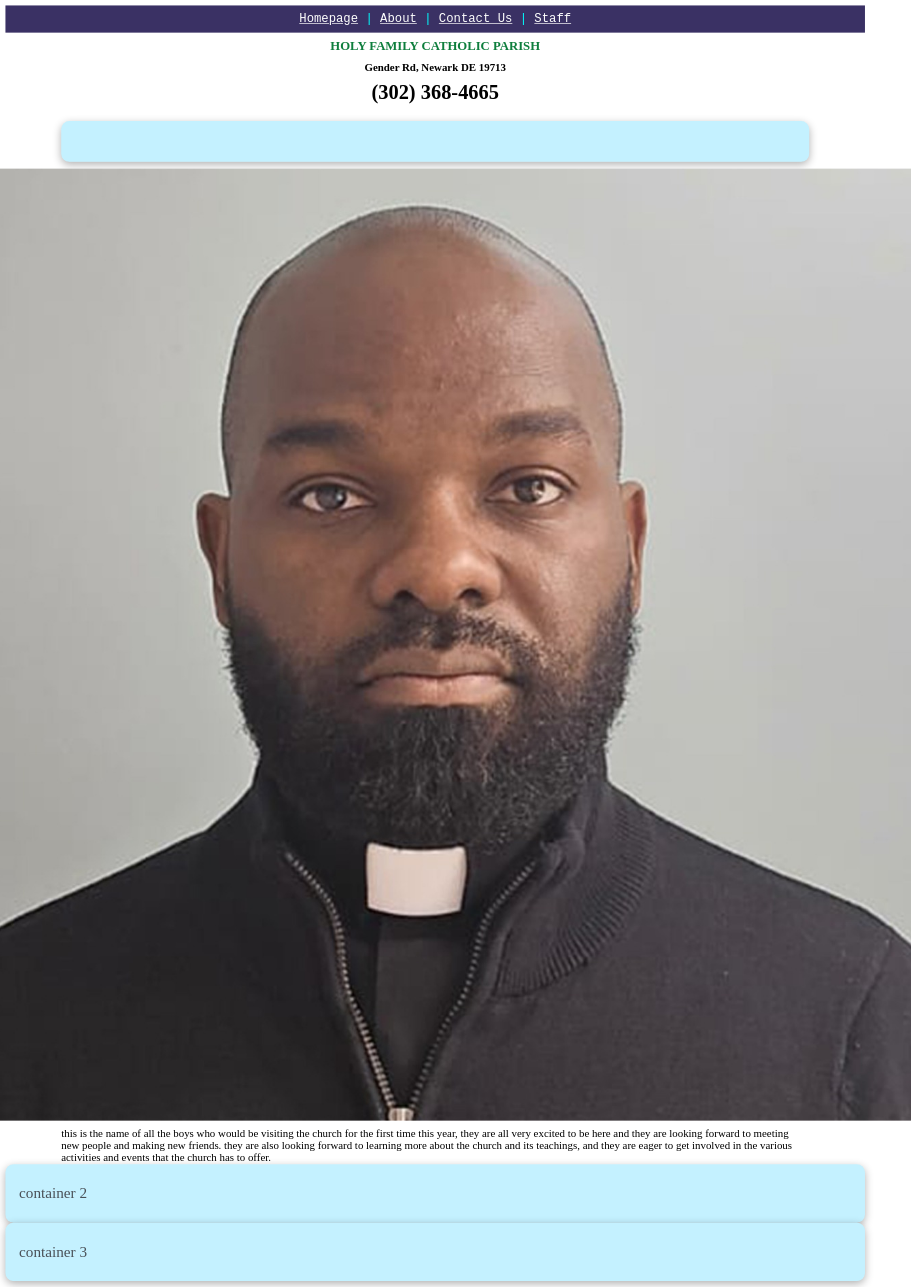
Repository: ficotims/HTML-RESTART
Page: Homepage.html
An editor plug-in stored every save of this project. The page is shown before and after the next save, followed by the edit.
The browser window is 1280 px wide. The page is 1340 px wide, then 1280 px, so the pictures cover 1340 px, including what lies to the right of the window. The pictures show the whole page, at 68% of full size.

Above is the page before, as saved 2026-02-10 23:07:37.

### Homepage.html
<!doctype html>
<html lang="en">
  <head>
    <meta charset="UTF-8" />
    <meta name="viewport" content="width=device-width, initial-scale=1.0" />
      <title>HTML Crash course with Iman Musa</title>
    <link rel="stylesheet" href="Style 1.css"/>

      </head>
<body

     <!-- NAVIGATION SECTION -->
        <div style="background-color: rgb(58, 49, 100); padding: 10px; text-align: center; color: aqua; font-size: 18px; font-family: monospace, Lemon milk;">
    <a href="Homepage.html" target="_top" style="color: white;">Homepage</a> |
    <a href="about.html" style="color: white;">About</a> | <a href="Contact us.html" style="color: white;">Contact Us</a> |
    <a href="staff.html" style="color: white;">Staff</a>
     </div>

 <div style="text-align: center;">
    <h3><span style="color: rgb(14, 126, 61);"><div style="line-height: 0;">HOLY FAMILY CATHOLIC PARISH</b></span></h3>
    <H4 span style="line-height: 1.5;">Gender Rd, Newark DE 19713 <br><span style="font-size: 30px;">(302) 368-4665</span></sapn></H4>

 </div>



 <!-- CONTAINERS -->
  <div class="container">
  <div class="box"></div>
    <img src="images/fico.jpg" alt="church image">
    this is the name of all the boys who would be visiting the church for the first time this year, they are all very excited to be here and they are looking forward to meeting new people and making new friends. they are also looking forward to learning more about the church and its teachings, and they are eager to get involved in the various activities and events that the church has to offer.
  </div>
  <div class="box">
    container 2
  </div>
  <div class="box">
    container 3
  </div>
</div>

  </body>
</html>

### Style 1.css
.carton
{padding: 10px;
border: 1px solid #aed1e6;
margin: 50px;}

.container {
  max-width: 1100px;
  margin: 0 auto;
    display: flex;              /* ← this is the magic line */
  gap: 10px;                  /* space between boxes */
  flex-wrap: wrap;            /* boxes go to next line on small screens */
  justify-content: center;    /* centers the whole row if fewer than 3 fit */
}

.box {
  flex: 1;             /* each box grows equally */
  min-width: 220px;    /* prevents them from becoming too narrow */
  background: #c4f1ff;
  border: 0px solid #1f7965;
  border-radius: 12px;
  padding: 30px 20px;
  text-align: justify;
  font-size: 1.4rem;
  font-weight: 100;
  color: #495057;
  box-shadow: 0 4px 12px rgba(0, 0, 0, 0.308);
}

/* Optional: hover effect */
.box:hover {
  transform: translateY(-6px);
  box-shadow: 0 12px 28px rgba(249, 255, 192, 0.63);
}

After the next save:
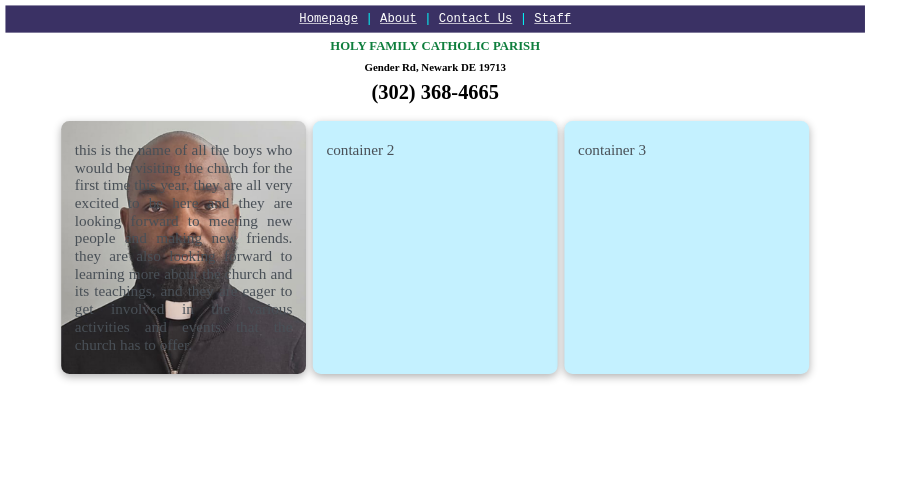
Saved 56 s later.
--- a/Homepage.html
+++ b/Homepage.html
@@ -26,8 +26,7 @@
 
  <!-- CONTAINERS -->
   <div class="container">
-  <div class="box"></div>
-    <img src="images/fico.jpg" alt="church image">
+  <div class="box" style="background-image: url('images/fico.jpg'); background-size: cover; background-position: center;">
     this is the name of all the boys who would be visiting the church for the first time this year, they are all very excited to be here and they are looking forward to meeting new people and making new friends. they are also looking forward to learning more about the church and its teachings, and they are eager to get involved in the various activities and events that the church has to offer.
   </div>
   <div class="box">
